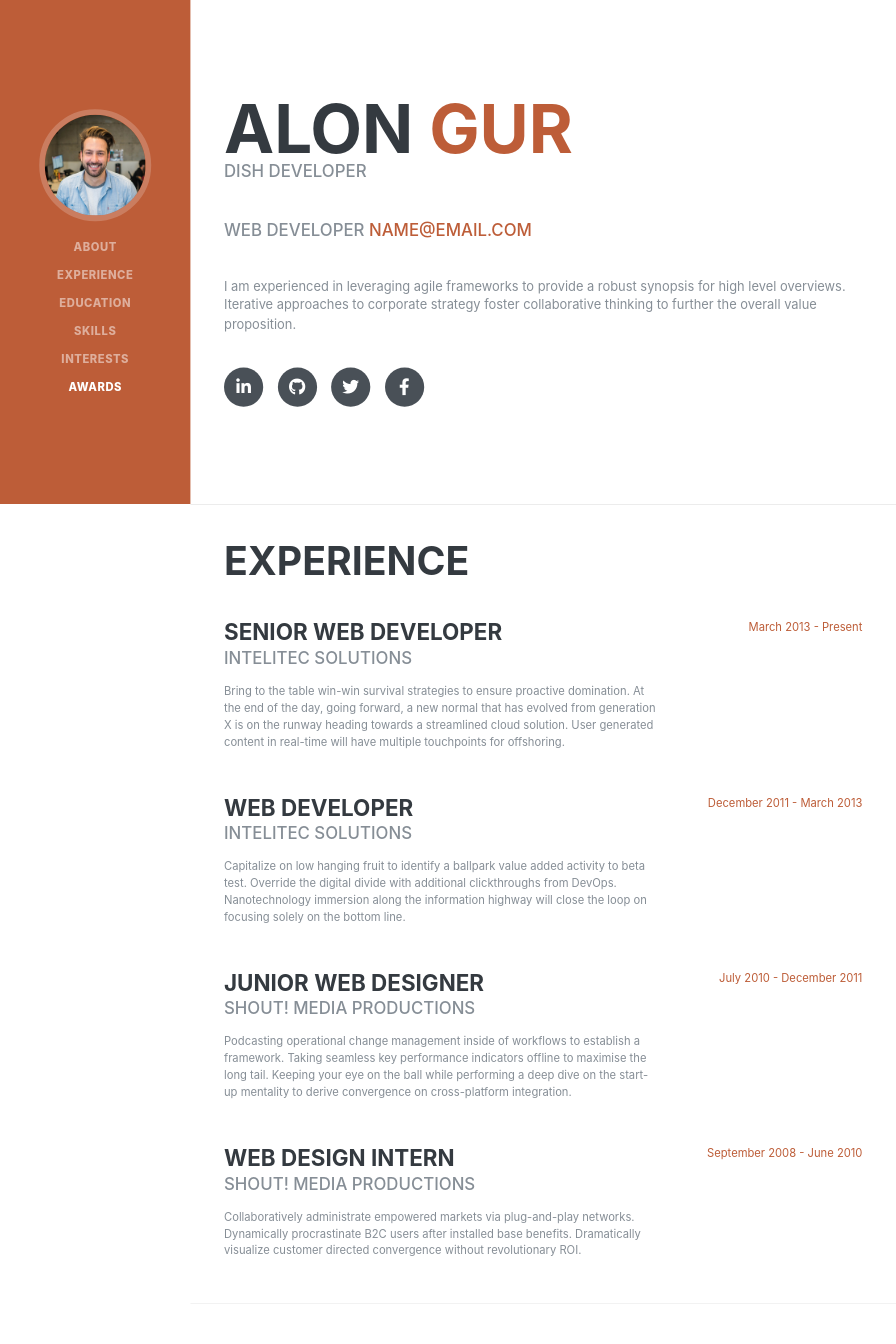
Repository: AlonGur/resume
Page: index.html
These files come from the project's save history. The page is drawn as it stood at one moment and after the next save; the edit follows.
The browser window is 1280 px wide. The pictures show the part of the page from y = 0 to 1920 px (the page is 4746 px tall), at 70% of full size.
Some web fonts or font styles are not loaded; a fallback is used.

Above is the page before, as saved 2019-06-07 15:33:04.

### index.html
<!DOCTYPE html>
<html lang="en">

<head>

  <meta charset="utf-8">
  <meta name="viewport" content="width=device-width, initial-scale=1, shrink-to-fit=no">
  <meta name="description" content="">
  <meta name="author" content="">

  <title>Resume - Start Bootstrap Theme</title>

  <!-- Bootstrap core CSS -->
  <link href="vendor/bootstrap/css/bootstrap.min.css" rel="stylesheet">

  <!-- Custom fonts for this template -->
  <link href="https://fonts.googleapis.com/css?family=Saira+Extra+Condensed:500,700" rel="stylesheet">
  <link href="https://fonts.googleapis.com/css?family=Muli:400,400i,800,800i" rel="stylesheet">
  <link href="vendor/fontawesome-free/css/all.min.css" rel="stylesheet">

  <!-- Custom styles for this template -->
  <link href="css/resume.min.css" rel="stylesheet">

</head>

<body id="page-top">

  <nav class="navbar navbar-expand-lg navbar-dark bg-primary fixed-top" id="sideNav">
    <a class="navbar-brand js-scroll-trigger" href="#page-top">
      <span class="d-block d-lg-none">Alon Gur</span>
      <span class="d-none d-lg-block">
        <img class="img-fluid img-profile rounded-circle mx-auto mb-2" src="img/profile.jpg" alt="">
      </span>
    </a>
    <button class="navbar-toggler" type="button" data-toggle="collapse" data-target="#navbarSupportedContent" aria-controls="navbarSupportedContent" aria-expanded="false" aria-label="Toggle navigation">
      <span class="navbar-toggler-icon"></span>
    </button>
    <div class="collapse navbar-collapse" id="navbarSupportedContent">
      <ul class="navbar-nav">
        <li class="nav-item">
          <a class="nav-link js-scroll-trigger" href="#about">About</a>
        </li>
        <li class="nav-item">
          <a class="nav-link js-scroll-trigger" href="#experience">Experience</a>
        </li>
        <li class="nav-item">
          <a class="nav-link js-scroll-trigger" href="#education">Education</a>
        </li>
        <li class="nav-item">
          <a class="nav-link js-scroll-trigger" href="#skills">Skills</a>
        </li>
        <li class="nav-item">
          <a class="nav-link js-scroll-trigger" href="#interests">Interests</a>
        </li>
        <li class="nav-item">
          <a class="nav-link js-scroll-trigger" href="#awards">Awards</a>
        </li>
      </ul>
    </div>
  </nav>

  <div class="container-fluid p-0">

    <section class="resume-section p-3 p-lg-5 d-flex align-items-center" id="about">
      <div class="w-100">
        <h1 class="mb-0">Alon
          <span class="text-primary">Gur</span>
        </h1>
        <div class="subheading mb-5">Dish Developer
        </div>
        <div class="subheading mb-5">Web Developer
          <a href="mailto:name@email.com">name@email.com</a>
        </div>
        <p class="lead mb-5">I am experienced in leveraging agile frameworks to provide a robust synopsis for high level overviews. Iterative approaches to corporate strategy foster collaborative thinking to further the overall value proposition.</p>
        <div class="social-icons">
          <a href="#">
            <i class="fab fa-linkedin-in"></i>
          </a>
          <a href="#">
            <i class="fab fa-github"></i>
          </a>
          <a href="#">
            <i class="fab fa-twitter"></i>
          </a>
          <a href="#">
            <i class="fab fa-facebook-f"></i>
          </a>
        </div>
      </div>
    </section>

    <hr class="m-0">

    <section class="resume-section p-3 p-lg-5 d-flex justify-content-center" id="experience">
      <div class="w-100">
        <h2 class="mb-5">Experience</h2>

        <div class="resume-item d-flex flex-column flex-md-row justify-content-between mb-5">
          <div class="resume-content">
            <h3 class="mb-0">Senior Web Developer</h3>
            <div class="subheading mb-3">Intelitec Solutions</div>
            <p>Bring to the table win-win survival strategies to ensure proactive domination. At the end of the day, going forward, a new normal that has evolved from generation X is on the runway heading towards a streamlined cloud solution. User generated content in real-time will have multiple touchpoints for offshoring.</p>
          </div>
          <div class="resume-date text-md-right">
            <span class="text-primary">March 2013 - Present</span>
          </div>
        </div>

        <div class="resume-item d-flex flex-column flex-md-row justify-content-between mb-5">
          <div class="resume-content">
            <h3 class="mb-0">Web Developer</h3>
            <div class="subheading mb-3">Intelitec Solutions</div>
            <p>Capitalize on low hanging fruit to identify a ballpark value added activity to beta test. Override the digital divide with additional clickthroughs from DevOps. Nanotechnology immersion along the information highway will close the loop on focusing solely on the bottom line.</p>
          </div>
          <div class="resume-date text-md-right">
            <span class="text-primary">December 2011 - March 2013</span>
          </div>
        </div>

        <div class="resume-item d-flex flex-column flex-md-row justify-content-between mb-5">
          <div class="resume-content">
            <h3 class="mb-0">Junior Web Designer</h3>
            <div class="subheading mb-3">Shout! Media Productions</div>
            <p>Podcasting operational change management inside of workflows to establish a framework. Taking seamless key performance indicators offline to maximise the long tail. Keeping your eye on the ball while performing a deep dive on the start-up mentality to derive convergence on cross-platform integration.</p>
          </div>
          <div class="resume-date text-md-right">
            <span class="text-primary">July 2010 - December 2011</span>
          </div>
        </div>

        <div class="resume-item d-flex flex-column flex-md-row justify-content-between">
          <div class="resume-content">
            <h3 class="mb-0">Web Design Intern</h3>
            <div class="subheading mb-3">Shout! Media Productions</div>
            <p>Collaboratively administrate empowered markets via plug-and-play networks. Dynamically procrastinate B2C users after installed base benefits. Dramatically visualize customer directed convergence without revolutionary ROI.</p>
          </div>
          <div class="resume-date text-md-right">
            <span class="text-primary">September 2008 - June 2010</span>
          </div>
        </div>

      </div>

    </section>

    <hr class="m-0">

    <section class="resume-section p-3 p-lg-5 d-flex align-items-center" id="education">
      <div class="w-100">
        <h2 class="mb-5">Education</h2>

        <div class="resume-item d-flex flex-column flex-md-row justify-content-between mb-5">
          <div class="resume-content">
            <h3 class="mb-0">University of Colorado Boulder</h3>
            <div class="subheading mb-3">Bachelor of Science</div>
            <div>Computer Science - Web Development Track</div>
            <p>GPA: 3.23</p>
          </div>
          <div class="resume-date text-md-right">
            <span class="text-primary">August 2006 - May 2010</span>
          </div>
        </div>

        <div class="resume-item d-flex flex-column flex-md-row justify-content-between">
          <div class="resume-content">
            <h3 class="mb-0">James Buchanan High School</h3>
            <div class="subheading mb-3">Technology Magnet Program</div>
            <p>GPA: 3.56</p>
          </div>
          <div class="resume-date text-md-right">
            <span class="text-primary">August 2002 - May 2006</span>
          </div>
        </div>

      </div>
    </section>

    <hr class="m-0">

    <section class="resume-section p-3 p-lg-5 d-flex align-items-center" id="skills">
      <div class="w-100">
        <h2 class="mb-5">Skills</h2>

        <div class="subheading mb-3">Programming Languages &amp; Tools</div>
        <ul class="list-inline dev-icons">
          <li class="list-inline-item">
            <i class="fab fa-html5"></i>
          </li>
          <li class="list-inline-item">
            <i class="fab fa-css3-alt"></i>
          </li>
          <li class="list-inline-item">
            <i class="fab fa-js-square"></i>
          </li>
          <li class="list-inline-item">
            <i class="fab fa-angular"></i>
          </li>
          <li class="list-inline-item">
            <i class="fab fa-react"></i>
          </li>
          <li class="list-inline-item">
            <i class="fab fa-node-js"></i>
          </li>
          <li class="list-inline-item">
            <i class="fab fa-sass"></i>
          </li>
          <li class="list-inline-item">
            <i class="fab fa-less"></i>
          </li>
          <li class="list-inline-item">
            <i class="fab fa-wordpress"></i>
          </li>
          <li class="list-inline-item">
            <i class="fab fa-gulp"></i>
          </li>
          <li class="list-inline-item">
            <i class="fab fa-grunt"></i>
          </li>
          <li class="list-inline-item">
            <i class="fab fa-npm"></i>
          </li>
        </ul>

        <div class="subheading mb-3">Workflow</div>
        <ul class="fa-ul mb-0">
          <li>
            <i class="fa-li fa fa-check"></i>
            Mobile-First, Responsive Design</li>
          <li>
            <i class="fa-li fa fa-check"></i>
            Cross Browser Testing &amp; Debugging</li>
          <li>
            <i class="fa-li fa fa-check"></i>
            Cross Functional Teams</li>
          <li>
            <i class="fa-li fa fa-check"></i>
            Agile Development &amp; Scrum</li>
        </ul>
      </div>
    </section>

    <hr class="m-0">

    <section class="resume-section p-3 p-lg-5 d-flex align-items-center" id="interests">
      <div class="w-100">
        <h2 class="mb-5">Interests</h2>
        <p>Apart from being a web developer, I enjoy most of my time being outdoors. In the winter, I am an avid skier and novice ice climber. During the warmer months here in Colorado, I enjoy mountain biking, free climbing, and kayaking.</p>
        <p class="mb-0">When forced indoors, I follow a number of sci-fi and fantasy genre movies and television shows, I am an aspiring chef, and I spend a large amount of my free time exploring the latest technology advancements in the front-end web development world.</p>
      </div>
    </section>

    <hr class="m-0">

    <section class="resume-section p-3 p-lg-5 d-flex align-items-center" id="awards">
      <div class="w-100">
        <h2 class="mb-5">Awards &amp; Certifications</h2>
        <ul class="fa-ul mb-0">
          <li>
            <i class="fa-li fa fa-trophy text-warning"></i>
            Google Analytics Certified Developer</li>
          <li>
            <i class="fa-li fa fa-trophy text-warning"></i>
            Mobile Web Specialist - Google Certification</li>
          <li>
            <i class="fa-li fa fa-trophy text-warning"></i>
            1<sup>st</sup>
            Place - University of Colorado Boulder - Emerging Tech Competition 2009</li>
          <li>
            <i class="fa-li fa fa-trophy text-warning"></i>
            1<sup>st</sup>
            Place - University of Colorado Boulder - Adobe Creative Jam 2008 (UI Design Category)</li>
          <li>
            <i class="fa-li fa fa-trophy text-warning"></i>
            2<sup>nd</sup>
            Place - University of Colorado Boulder - Emerging Tech Competition 2008</li>
          <li>
            <i class="fa-li fa fa-trophy text-warning"></i>
            1<sup>st</sup>
            Place - James Buchanan High School - Hackathon 2006</li>
          <li>
            <i class="fa-li fa fa-trophy text-warning"></i>
            3<sup>rd</sup>
            Place - James Buchanan High School - Hackathon 2005</li>
        </ul>
      </div>
    </section>

  </div>

  <!-- Bootstrap core JavaScript -->
  <script src="vendor/jquery/jquery.min.js"></script>
  <script src="vendor/bootstrap/js/bootstrap.bundle.min.js"></script>

  <!-- Plugin JavaScript -->
  <script src="vendor/jquery-easing/jquery.easing.min.js"></script>

  <!-- Custom scripts for this template -->
  <script src="js/resume.min.js"></script>

</body>

</html>

Loaded but not shown: vendor/bootstrap/css/bootstrap.min.css (library); vendor/fontawesome-free/css/all.min.css (library); css/resume.min.css (library); vendor/jquery/jquery.min.js (library); vendor/bootstrap/js/bootstrap.bundle.min.js (library); vendor/jquery-easing/jquery.easing.min.js (common file); js/resume.min.js (common file)

After the next save:
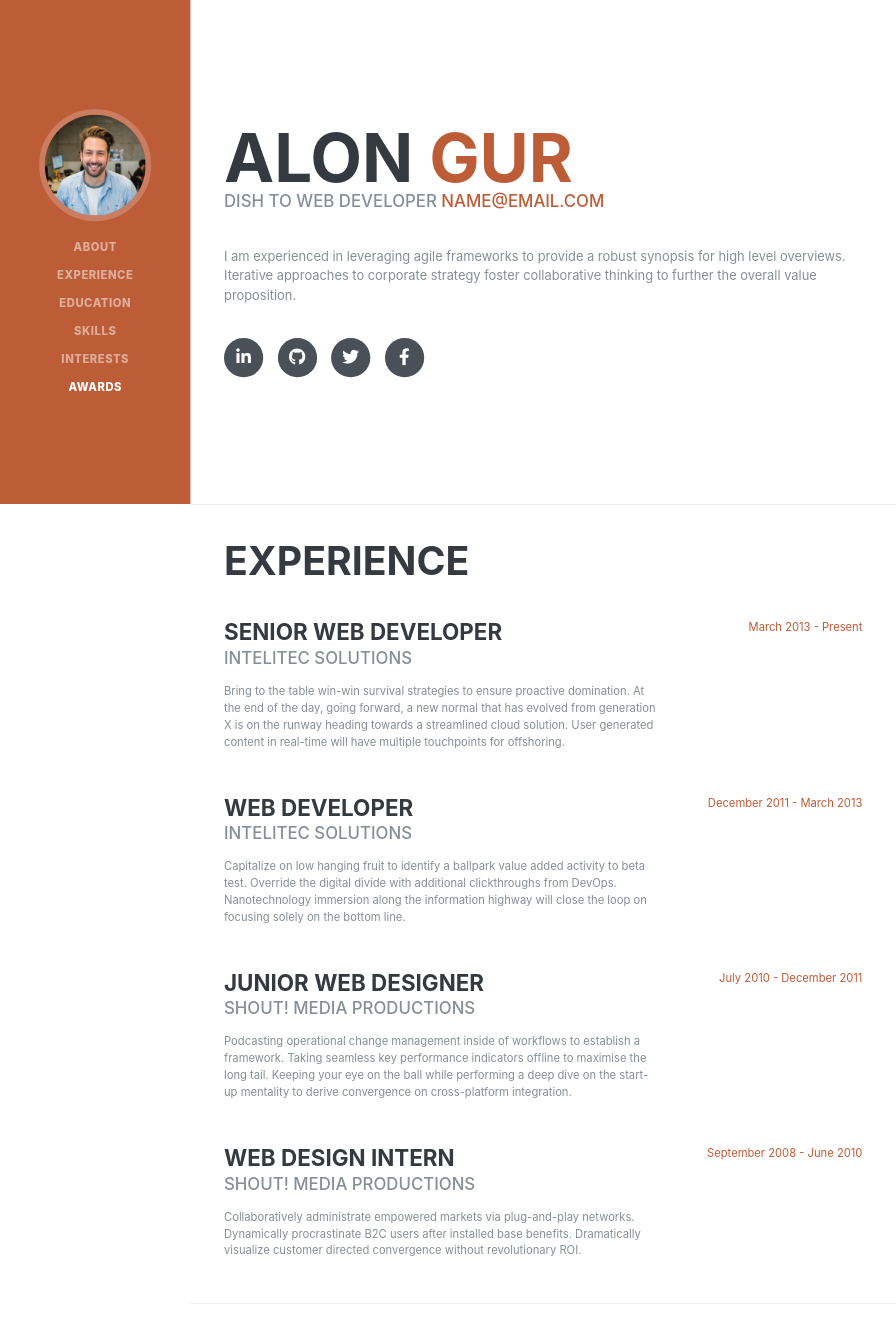
Saved 2 min 19 s later.
--- a/index.html
+++ b/index.html
@@ -66,9 +66,7 @@
         <h1 class="mb-0">Alon
           <span class="text-primary">Gur</span>
         </h1>
-        <div class="subheading mb-5">Dish Developer
-        </div>
-        <div class="subheading mb-5">Web Developer
+        <div class="subheading mb-5">Dish to Web Developer
           <a href="mailto:name@email.com">name@email.com</a>
         </div>
         <p class="lead mb-5">I am experienced in leveraging agile frameworks to provide a robust synopsis for high level overviews. Iterative approaches to corporate strategy foster collaborative thinking to further the overall value proposition.</p>
